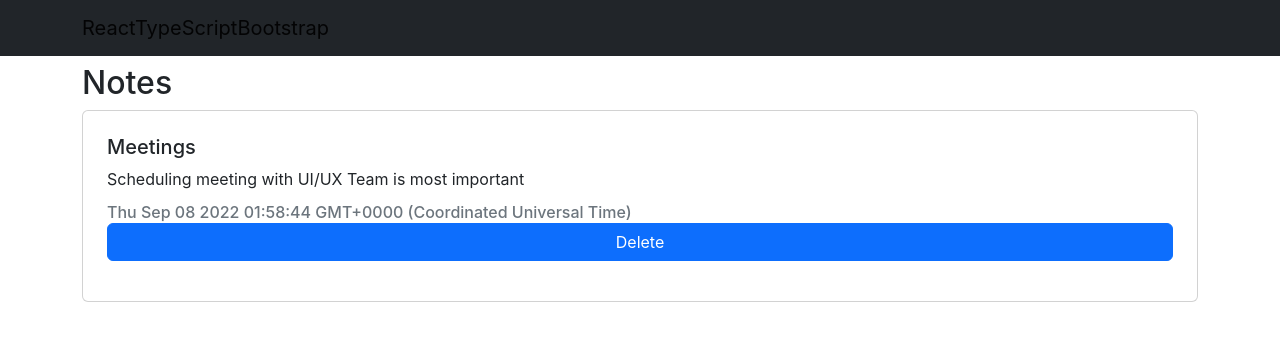
Repository: OmniaRafat232111121/notes
Page: /
An editor plug-in stored every save of this project. The page is shown before and after a run of saves, followed by the edit.
The browser window is 1280 px wide. The pictures show the whole page.
The project was rebuilt for these pictures with package versions that can differ from the ones it lists, and the page was loaded fresh each time. Also part of the build but not shown: src/App.css.

Above is the page before, as saved 2022-09-08 02:21:21.

### public/index.html
<!DOCTYPE html>
<html lang="en">
  <head>
    <meta charset="utf-8" />
    <link rel="icon" href="%PUBLIC_URL%/favicon.ico" />
    <meta name="viewport" content="width=device-width, initial-scale=1" />
    <meta name="theme-color" content="#000000" />
    <meta
      name="description"
      content="Web site created using create-react-app"
    />
    <link rel="apple-touch-icon" href="%PUBLIC_URL%/logo192.png" />
    <link
    rel="stylesheet"
    href="https://cdn.jsdelivr.net/npm/bootstrap@5.2.0-beta1/dist/css/bootstrap.min.css"
    integrity="sha384-0evHe/X+R7YkIZDRvuzKMRqM+OrBnVFBL6DOitfPri4tjfHxaWutUpFmBp4vmVor"
    crossorigin="anonymous"
  />
    <link rel="manifest" href="%PUBLIC_URL%/manifest.json" />
    <title>React App</title>
  </head>
  <body>
    <noscript>You need to enable JavaScript to run this app.</noscript>
    <div id="root"></div>
  </body>
</html>

### src/App.tsx
import React,{useState} from 'react';
import './App.css';
import Header from './components/Header';
import NotesList from './components/NotesList';
import {Note} from "./modals/note.model"
import {Container,Row,Col} from 'react-bootstrap';
function App() {
  const [notes,setNotes]=useState<Note[]>([{
   id:(new Date).toString(),
   title:"Meetings",
   text:"Scheduling meeting with UI/UX Team is most important",
   color:'#dfdfdf',
   date:(new Date).toString()
  }]);

  return (
   <>
   <Header/>
   <Container className="mt-5">
    <Row>
      <Col>
      <NotesList notes={notes}/>
      </Col>
    </Row>
   </Container>
   </>
  );
}

export default App;

### src/components/Header.tsx
import * as React from 'react';
import { Navbar,Container } from 'react-bootstrap';

interface IHeaderProps {
}

const Header: React.FunctionComponent<IHeaderProps> = (props) => {
    return (
    <Navbar fixed="top" bg="dark" >
    <Container>
        <Navbar.Brand>
            ReactTypeScriptBootstrap
        </Navbar.Brand>
    </Container>
    </Navbar>
    );
};

export default Header;

### src/components/NotesList.tsx
import * as React from 'react';
import Notes from './Notes';
import { Note } from '../modals/note.model';

interface INotesListProps {
    notes: Note[],

}

const NotesList: React.FC<INotesListProps> = ({ notes}) => {
    const renderNotes = ():JSX.Element[] => {
        return notes.map(note => {
            return <Notes key={note.id} note={note} />
        })
    }
    return (
        <>
            <h2 className="mt-3">Notes</h2>
            <div>{ renderNotes() }</div>
        </>
  );
};

export default NotesList;

### src/components/Notes.tsx
import * as React from 'react';
import {Card,Button} from 'react-bootstrap'
import {Note} from '../modals/note.model'
interface INotesProps {
    note:Note
}

const Notes: React.FunctionComponent<INotesProps> = ({note}) => {
  return (
<div className="mb-3 ">
     <Card className="p-4">
        <Card.Title >
            {note.title}
        </Card.Title>
        <Card.Text>
            {note.text}
        </Card.Text>
        <Card.Subtitle className="text-muted">
         {note.date}
        </Card.Subtitle>
        <Button className="mb-3">
        Delete
        </Button>
     </Card>

</div>
  );
};

export default Notes;

Loaded but not shown: src/index.tsx (common file); src/index.css (common file); src/reportWebVitals.ts (common file)

After the next 2 saves:
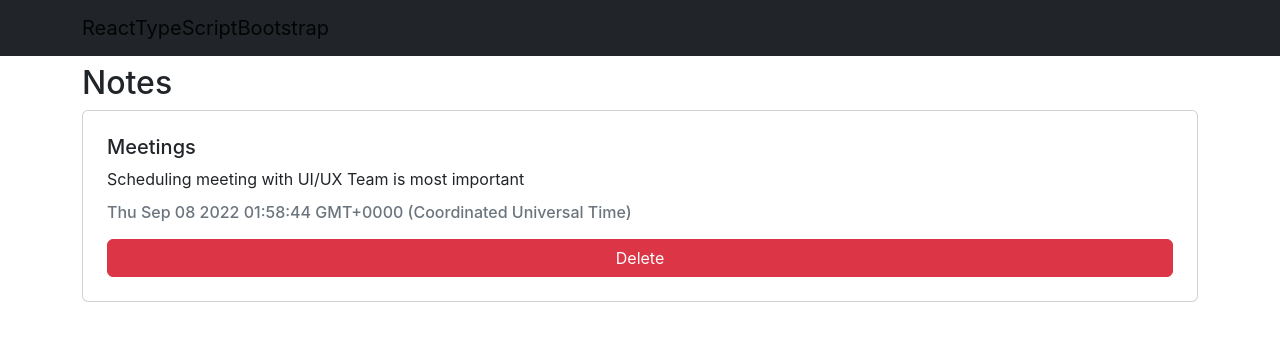
The 2 saves are shown as one change because they came seconds apart.
The last was saved 58 s later.
--- a/src/components/Notes.tsx
+++ b/src/components/Notes.tsx
@@ -18,9 +18,7 @@ const Notes: React.FunctionComponent<INotesProps> = ({note}) => {
         <Card.Subtitle className="text-muted">
          {note.date}
         </Card.Subtitle>
-        <Button className="mb-3">
-        Delete
-        </Button>
+        <Button className="mt-3" variant="danger" onClick={ () => handleDelete(note.id)}>Delete</Button>
      </Card>
 
 </div>
